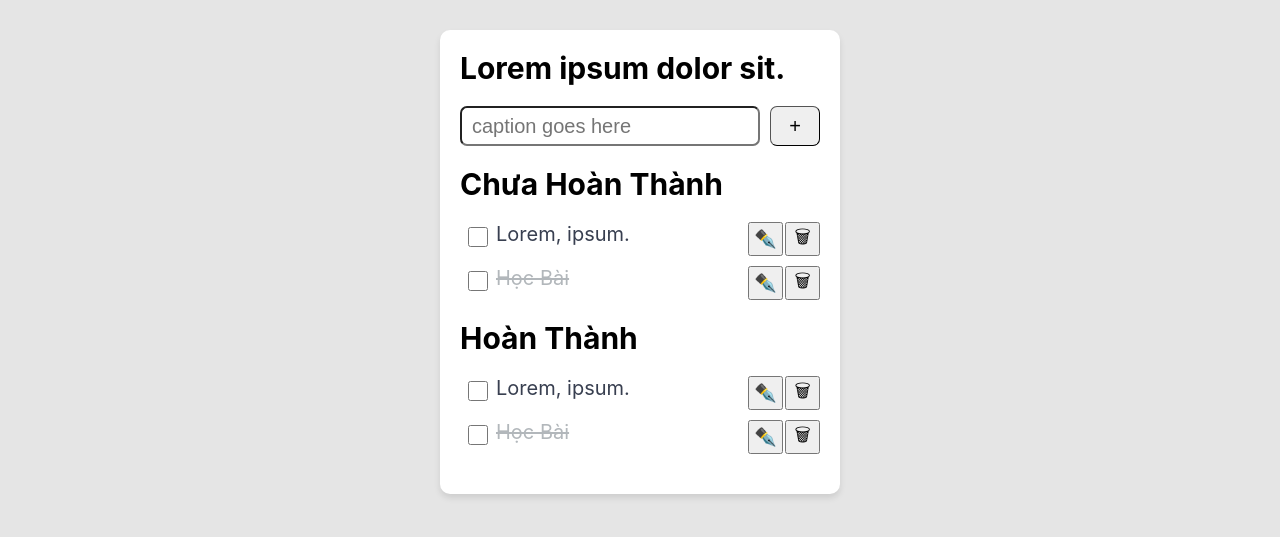
Repository: hungdomanh95/focus
Page: /
An editor plug-in stored every save of this project. The page is shown before and after a run of saves, followed by the edit.
The browser window is 1280 px wide. The pictures show the whole page.
The project was rebuilt for these pictures with package versions that can differ from the ones it lists, and the page was loaded fresh each time.

Above is the page before, as saved 2023-04-07 07:58:47.

After the next 2 saves:
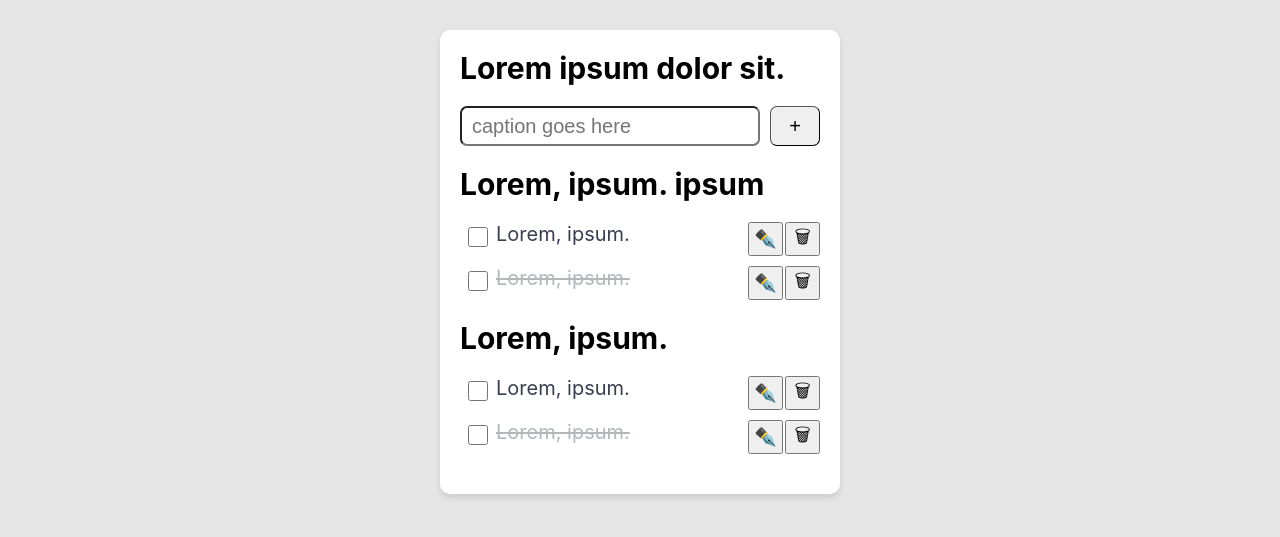
The 2 saves are shown as one change because 1 did not build or start.
The last was saved 58 s later.
--- a/src/components/TaskList/TaskList.tsx
+++ b/src/components/TaskList/TaskList.tsx
@@ -7,7 +7,7 @@ function TaskList(props:TaskListProps) {
   const {doneTaskList} = props
   return (
     <div className='mb-2'>
-      <h2 className={styles.title}>{ doneTaskList ? "Hoàn Thành" : "Chưa Hoàn Thành"}</h2>
+      <h2 className={styles.title}>{ doneTaskList ? "Lorem, ipsum." :  "Lorem, ipsum. ipsum"}</h2>
       <div className={styles.tasks}>
         <div className={styles.task}>
           <input type='checkbox' className={styles.taskCheckbox} />
@@ -19,7 +19,7 @@ function TaskList(props:TaskListProps) {
         </div>
         <div className={styles.task}>
           <input type='checkbox' className={styles.taskCheckbox} />
-          <span className={`${styles.taskName} ${styles.taskNameDone}`}>Học Bài</span>
+          <span className={`${styles.taskName} ${styles.taskNameDone}`}>Lorem, ipsum.</span>
           <div className={styles.taskAction}>
             <button className={styles.taskBtn}>✒️</button>
             <button className={styles.taskBtn}>🗑</button>
